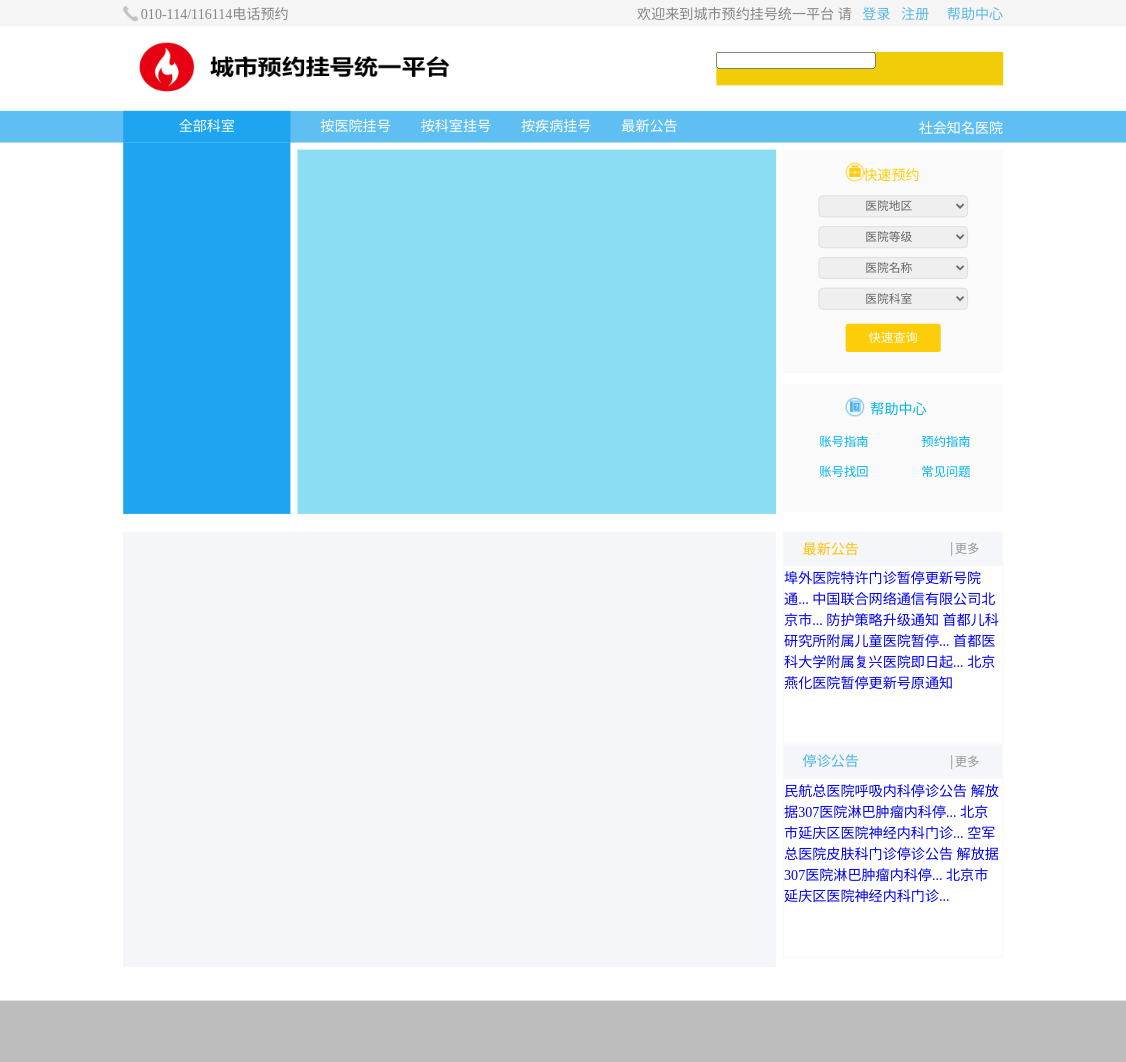
Repository: zhenzhen-gong/HospitalDemo
Page: index.html
An editor plug-in stored every save of this project. The page is shown before and after the next save, followed by the edit.
The browser window is 1280 px wide. The pictures show the whole page, at 88% of full size.

Above is the page before, as saved 2020-07-09 11:15:05.

### index.html
<!DOCTYPE html>
<html lang="en">

<head>
    <meta charset="UTF-8">
    <meta name="viewport" content="width=device-width, initial-scale=1.0">
    <title>城市医院预约平台</title>
    <link rel="stylesheet" href="css/style.css">
    <script src="js/script.js"></script>
</head>

<body>
    <div class="top">
        <div class="top-wrap">
            <div class="call">&nbsp;&nbsp;&nbsp;&nbsp;&nbsp;010-114/116114电话预约</div>
            <div class="welcom">
                欢迎来到城市预约挂号统一平台&nbsp;请&nbsp;&nbsp;
                <a href="#">登录</a>&nbsp;&nbsp;
                <a href="#">注册</a>&nbsp;&nbsp;&nbsp;&nbsp;
                <a href="#">帮助中心</a>
            </div>
        </div>
    </div>
    <div class="header">
        <div class="header-wrap">
            <div class="logo"><img src="./img/logo.png" alt="logo"></div>
            <div class="search">
                <span class="=tag"></span>
                <input type="text">
                <span ></span>
            </div>
        </div>
    </div>
    <div class="nav">
        <div class="nav-menu">
            <ul>
                <li>全部科室
                    <div class="menu-list"></div>
                </li>
                <li>按医院挂号</li>
                <li>按科室挂号</li>
                <li>按疾病挂号</li>
                <li>最新公告</li>
            </ul>
            <div>社会知名医院</div>
        </div>
    </div>
    <div class="banner">
        <div class="banner-slider"></div>
        <div class="banner-right">
            <div class="banner-search">
                <div>&nbsp;&nbsp;&nbsp;&nbsp;&nbsp;快速预约</div>
                <select name="area" ><option value="area">医院地区</option> </select>
                <select name="level" ><option value="level">医院等级</option> </select>
                <select name="name" ><option value="name">医院名称</option> </select>
                <select name="department" ><option value="department">医院科室</option> </select>
                <div><button>快速查询</button></div>
            </div>
            <div class="banner-help">
                <div>&nbsp;&nbsp;&nbsp;&nbsp;&nbsp;&nbsp;&nbsp;帮助中心</div>
                <div class="help-menu">
                    <a href="#">账号指南</a>
                    <a href="#">预约指南</a>
                    <a href="#">账号找回</a>
                    <a href="#">常见问题</a>
                </div>
            </div>
        </div>
    </div>
    <div class="content">
        <div class="tad">
            <div class="tab-hosital"></div>
            <div class="tab-department"></div>
        </div>
        <div class="content-right">
            <div class="news">
                <div class="news-header">
                    <div class="new-text">最新公告</div>
                    <a href="#">更多</a>
                </div>
                <div class="news-content">
                    <a href="#">埠外医院特许门诊暂停更新号院通...</a>
                    <a href="#">中国联合网络通信有限公司北京市...</a>
                    <a href="#">防护策略升级通知</a>
                    <a href="#">首都儿科研究所附属儿童医院暂停...</a>
                    <a href="#">首都医科大学附属复兴医院即日起...</a>
                    <a href="#">北京燕化医院暂停更新号原通知</a>
                </div>
            </div>
            <div class="close">
                <div class="close-header">
                    <div class="close-text">停诊公告</div>
                    <a href="#">更多</a>
                </div>
                <div class="close-content">
                    <a href="#">民航总医院呼吸内科停诊公告</a>
                    <a href="#">解放据307医院淋巴肿瘤内科停...</a>
                    <a href="#">北京市延庆区医院神经内科门诊...</a>
                    <a href="#">空军总医院皮肤科门诊停诊公告</a>
                    <a href="#">解放据307医院淋巴肿瘤内科停...</a>
                    <a href="#">北京市延庆区医院神经内科门诊...</a>
                </div>
            </div>
        </div>
    </div>
    <div class="footer"></div>
</body>

</html>

### css/style.css
*{
    margin: 0;
    padding: 0;
}
a{
    text-decoration: none;
}
/* top部分样式 */
.top{
    height: 30px;
    width: 100%;
    background: #f5f5f5;
}
.top .top-wrap{
    width: 1000px;
    height: 100%;
    margin: 0 auto;
    display: flex;
    justify-content: space-between;
    align-items: center;
    color: #868686;
}
.top .top-wrap .call{
    background: url("../img/icon-call.png") no-repeat center left;
}
.top .top-wrap .welcom a{
    color: #5bb8e8;
}
/* header部分 */
.header{
    width: 100%;
    height: 96px;
}
.header .header-wrap{
    width: 1000px;
    height: 100%;
    margin: 0 auto;
    display: flex;
    justify-content: space-between;
    align-items: center;
}
.header .header-wrap .logo img{
    height: 74px;
    width: 403px;
}
.header .header-wrap .search{
    height: 38px;
    width: 326px;
    background: #f1cd09;
}


/* nva导航部分 */
.nav{
    width: 100%;
    height: 36px;
    background: #60bff2;
}
.nav .nav-menu{
    width: 1000px;
    height: 100%;
    margin: 0 auto;
    display: flex;
    justify-content: space-between;
    align-items: center;
}
.nav .nav-menu ul li{
    height: 36px;
    line-height: 36px;
    text-align: center;
    list-style: none;
    display: inline-block;
    color: #ffffff;
    padding-left: 30px;
}
.nav .nav-menu ul li:first-child{
    width: 190px;
    text-align: center;
    background: #1fa4f0;
    padding-left: 0;
}
.nav .nav-menu div:last-child{
    color: #ffffff;
}
.nav .nav-menu ul li .menu-list{
    width: 190px;
    height: 422px;
    background: #1fa4f0;
}

/* banner部分 */
.banner{
    height: 432px;
    width: 1000px;
    margin: 0 auto;
    padding-left: 190px;
    box-sizing: border-box;
}
.banner-slider{
    height: 414px;
    width: 544px;
    background: #8bddf3;
    margin: 8px 8px 0 8px ;
    float: left;
}
.banner-right{
    float: right;
    width: 250px;
    height: 414px;
    margin-top: 8px;
}
.banner-right .banner-search{
    display: flex;
    flex-direction: column;
    align-items: center;
    height: 254px;
    background: #fafafa;
    margin-bottom: 12px;
}
.banner-right .banner-search div:first-child{
    width: 108px;
    background: url(../img/icon-help.png) no-repeat 0 0;
    margin: 15px 0 13px 0;
    color: #fecd09;
}
.banner-right .banner-search select{
    width: 170px;
    height: 25px;
    margin-bottom: 10px;
    text-align: center;
    border-radius: 5px;
    border:1px solid #dcdddd;
    color: #666666;
    padding-left: 2px;
}
.banner-right .banner-search select:nth-last-child(2){
    margin-bottom: 0;
}
.banner-right .banner-search div:last-child button{
    color: #fff;
    width: 108px;
    height: 32px;
    line-height: 32px;
    font-size: 14px;
    background: #fecd09;
    border-radius: 3px;
    border: none;
    margin-top: 16px;
    outline: none;
}

.banner-right .banner-help{
    height: 146px;
    background: #fafafa;
    display: flex;
    align-items: center;
    flex-direction: column;
}
.banner-right .banner-help div:first-child{
    color: #00b3ea;
    width: 108px;
    background: url(../img/icon-help.png) no-repeat 0 -23px;
    margin: 15px 0;
}
.banner-right .banner-help .help-menu a{
    display: inline-block;
    color: #00b3ea;
    width: 86px;
    height: 26px;
	line-height: 26px;
    font-size: 14px;
    padding: 0 0 8px 26px;
    text-align: center;
}


/* content部分 */
.content{
    height: 495px;
    width: 1000px;
    margin: 10px auto 38px;
}
.content .tad{
    float: left;
    background: #f4f6fa;
    height: 495px;
    width: 742px;
}
.content .content-right{
    float: right;
    width: 250px;
    height: 495px;
    margin-left: 8px;
}
.content .content-right .close,
.content .content-right .news{
    height: 240px;
    border: 1px solid #f4f6fa;
}
.content .content-right .close .close-header,
.content .content-right .news .news-header{
    background: #f4f6fa;
    height: 38px;
    line-height: 38px;
    display: flex;
    padding: 0 21px;
    justify-content: space-between;
}

.content .content-right .news .news-header .new-text{
    width: 100px;
    color: #fec009;
}
.content .content-right .close .close-header a,
.content .content-right .news .news-header a{
    color: #969696;
    font-size: 14px;
    height: 16px;
    line-height: 16px;
    width: 30px;
    padding-left: 3px;
    margin:11px 3px 11px 0 ;
    border-left: 1px solid #969696;
}
.content .content-right .close .close-header .close-text{
    color: #4ab4ed;
    width: 100px;
}


/* footer部分 */
.footer{
    height: 70px;
    width: 100%;
    background: #bdbdbe;
}

Loaded but not shown: js/script.js (no stored copy; drawn as an empty file)

After the next save:
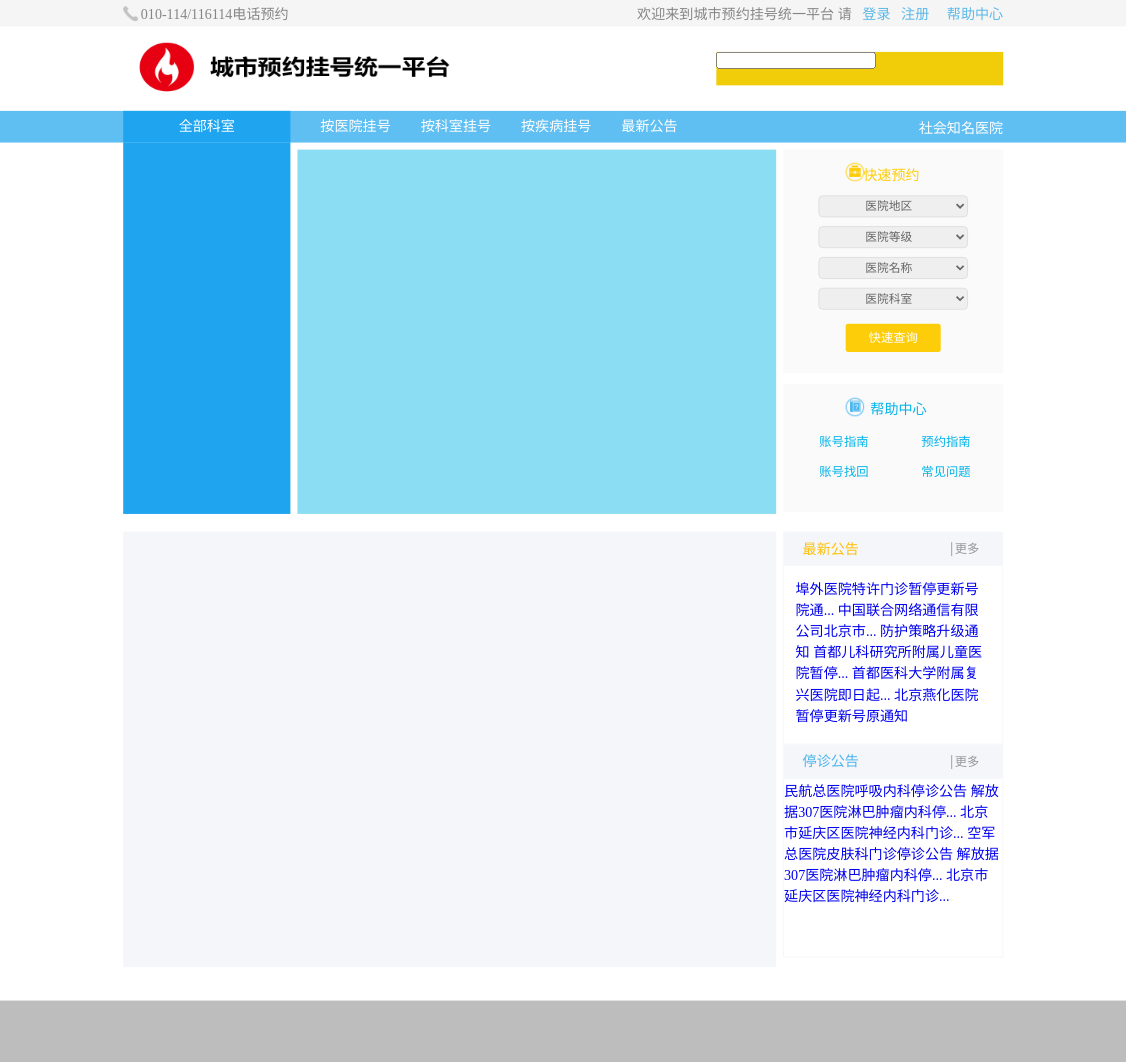
Saved 80 s later.
--- a/css/style.css
+++ b/css/style.css
@@ -227,6 +227,9 @@
     width: 100px;
 }
 
+.content .content-right .news .news-content{
+    padding: 13px 20px 41px 13px;
+}
 
 /* footer部分 */
 .footer{
